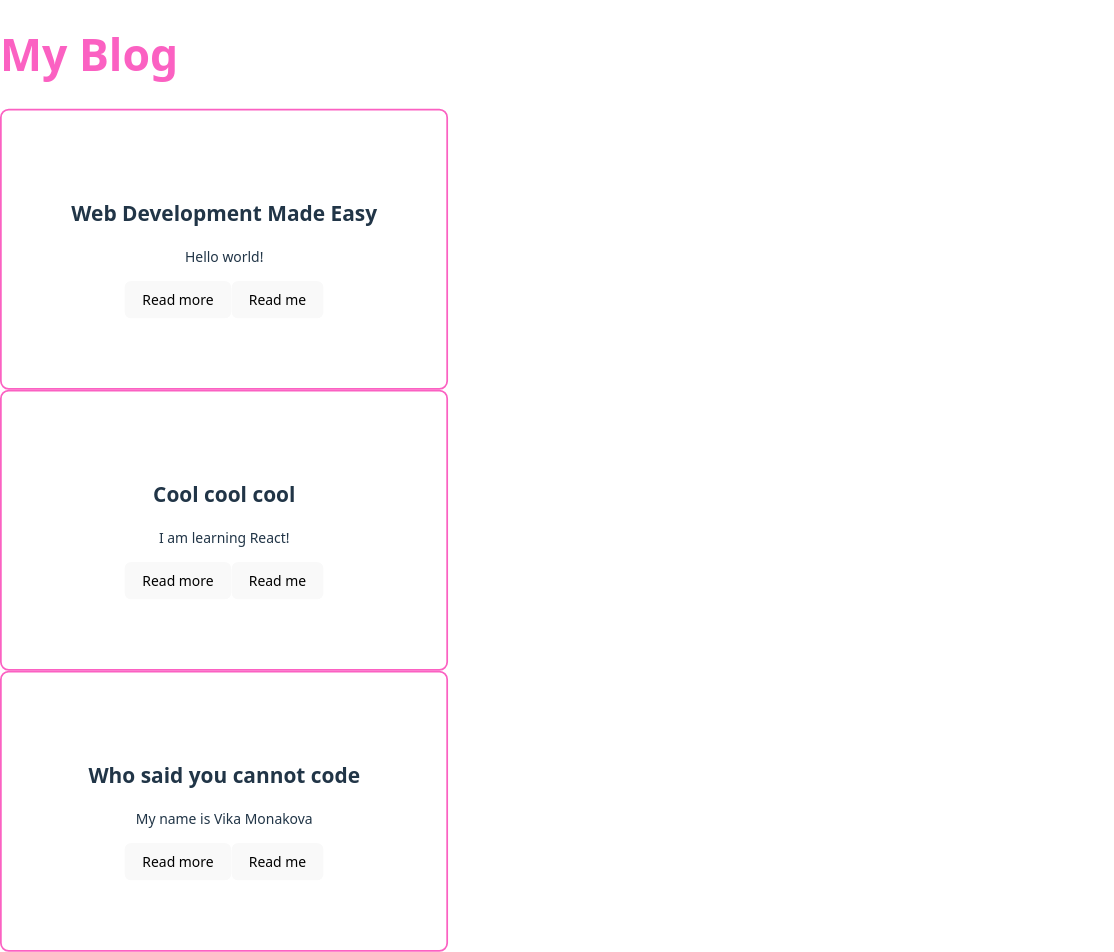
Repository: monavi77/front_web_dev_week1
Page: /
An editor plug-in stored every save of this project. The page is shown before and after the next save, followed by the edit.
The browser window is 1280 px wide. The pictures show the whole page, at 87% of full size.
The project was rebuilt for these pictures with package versions that can differ from the ones it lists, and the page was loaded fresh each time. Also part of the build but not shown: vite.config.js.

Above is the page before, as saved 2025-09-10 14:06:29.

### index.html
<!DOCTYPE html>
<html lang="en">
  <head>
    <meta charset="UTF-8" />
    <link rel="icon" type="image/svg+xml" href="/clay_logo.svg" />
    <meta name="viewport" content="width=device-width, initial-scale=1.0" />
    <title>monakovochka 🔫</title>
  </head>
  <body>
    <div id="root"></div>
    <script type="module" src="/src/main.jsx"></script>
  </body>
</html>

### src/index.css
:root {
  font-family: system-ui, Avenir, Helvetica, Arial, sans-serif;
  line-height: 1.5;
  font-weight: 400;

  color-scheme: light dark;
  color: rgba(255, 255, 255, 0.87);
  background-color: #242424;

  font-synthesis: none;
  text-rendering: optimizeLegibility;
  -webkit-font-smoothing: antialiased;
  -moz-osx-font-smoothing: grayscale;
}

a {
  font-weight: 500;
  color: #646cff;
  text-decoration: inherit;
}
a:hover {
  color: #535bf2;
}

body {
  margin: 0;
  display: flex;
  place-items: center;
  min-width: 320px;
  min-height: 100vh;
}

h1 {
  font-size: 3.2em;
  line-height: 1.1;
}

button {
  border-radius: 8px;
  border: 1px solid transparent;
  padding: 0.6em 1.2em;
  font-size: 1em;
  font-weight: 500;
  font-family: inherit;
  background-color: #1a1a1a;
  cursor: pointer;
  transition: border-color 0.25s;
}
button:hover {
  border-color: #646cff;
}
button:focus,
button:focus-visible {
  outline: 4px auto -webkit-focus-ring-color;
}

@media (prefers-color-scheme: light) {
  :root {
    color: #213547;
    background-color: #ffffff;
  }
  a:hover {
    color: #747bff;
  }
  button {
    background-color: #f9f9f9;
  }
}

h1 {
  font-size: 3.2em;
  line-height: 1.1;
  color: #fb61c2;
}
.entry {
  border: 2px solid #fb61c2;
  border-radius: 10px;
  padding: 5em;
  margin: auto;
  max-width: 600px;
  text-align: center;
}

### src/App.jsx
import BlogEntry from "./BlogEntry";

function App() {
  return (
    <div>
      <h1>My Blog </h1>
      <BlogEntry title="Web Development Made Easy" summary="Hello world!" />
      <BlogEntry title="Cool cool cool" summary="I am learning React!" />
      <BlogEntry
        title="Who said you cannot code"
        summary="My name is Vika Monakova"
      />
    </div>
  );
}

export default App;

### src/BlogEntry.jsx
function BlogEntry(props) {
  const buttonText = "Read me";
  return (
    <div className="entry">
      <h2>{props.title}</h2>
      <p>{props.summary}</p>
      <button>Read more</button>
      <button>{buttonText}</button>
    </div>
  );
}

export default BlogEntry;

Loaded but not shown: src/main.jsx (common file)

After the next save:
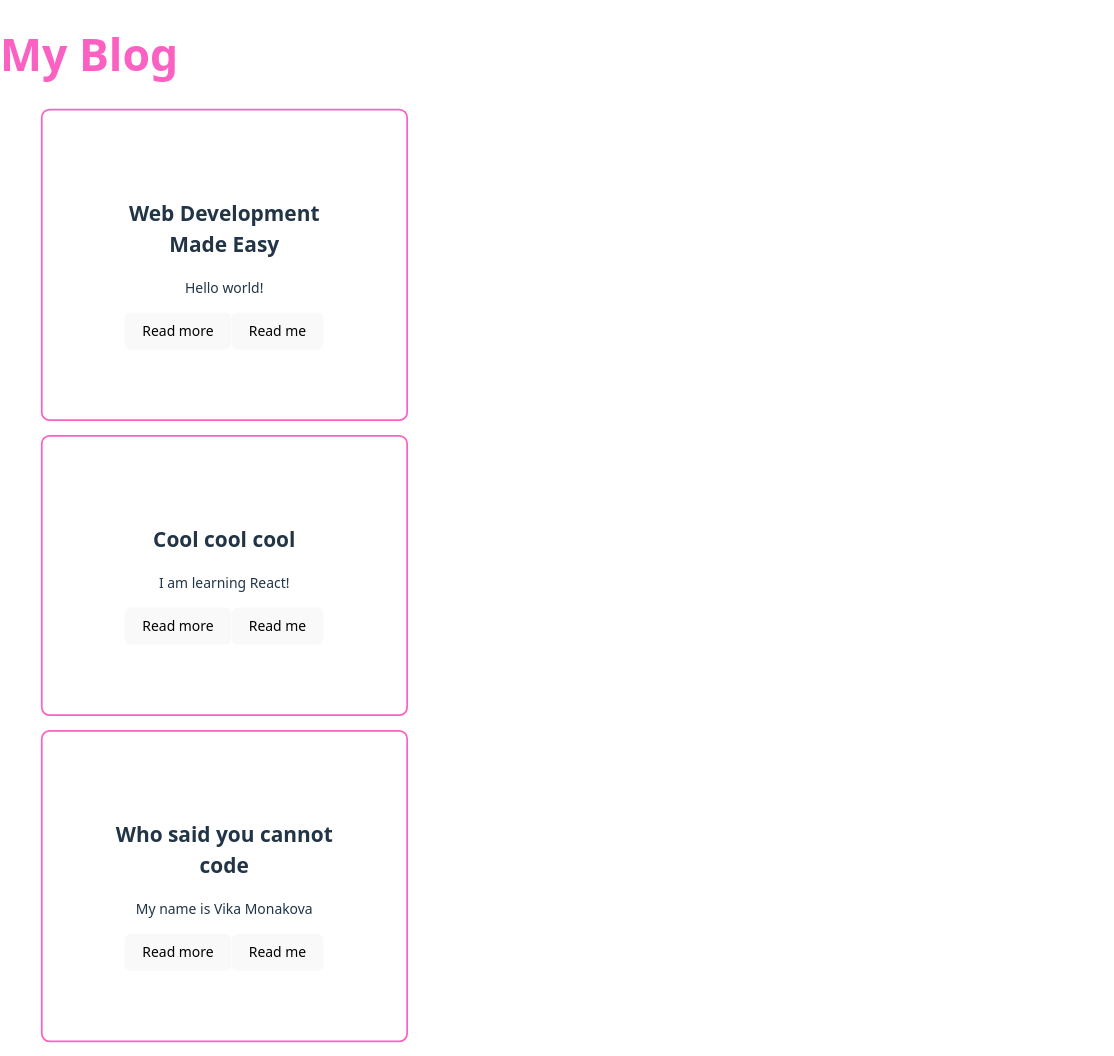
Saved 52 s later.
--- a/src/index.css
+++ b/src/index.css
@@ -76,7 +76,8 @@ h1 {
   border: 2px solid #fb61c2;
   border-radius: 10px;
   padding: 5em;
-  margin: auto;
+  margin: 1em auto;
+  width: 50%;
   max-width: 600px;
   text-align: center;
 }
